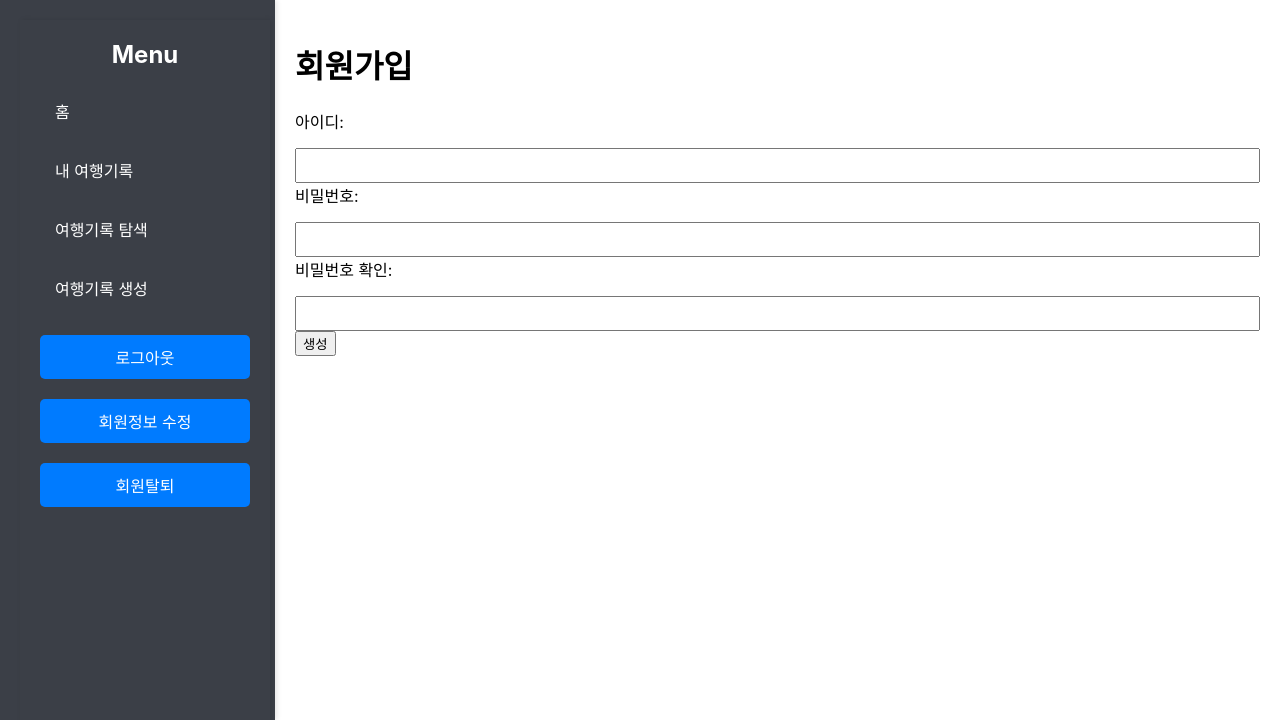
Repository: gimm5550/frontend2
Page: /register
These files come from the project's save history. The page is drawn as it stood at one moment and after the next save; the edit follows.
The browser window is 1280 px wide. The pictures show the whole page.
The project was rebuilt for these pictures with package versions that can differ from the ones it lists, and the page was loaded fresh each time. Also part of the build but not shown: src/url.js, src/components/common/KakaoLoginButton.js, src/components/FromServer.js, src/components/common/Footer.js, src/components/common/Header.js, src/components/layout/LandingPageLayout.js, src/components/LoginForm.js, src/components/layout/LoginFormLayout.js and 22 more.

Above is the page before, as saved 2024-11-20 17:38:21.

### public/index.html
<!DOCTYPE html>
<html lang="en">
  <head>
    <meta charset="utf-8" />
    <link rel="icon" href="%PUBLIC_URL%/favicon.ico" />
    <meta name="viewport" content="width=device-width, initial-scale=1" />
    <meta name="theme-color" content="#000000" />
    <meta
      name="description"
      content="Web site created using create-react-app"
    />
    <link rel="apple-touch-icon" href="%PUBLIC_URL%/logo192.png" />
    <!--
      manifest.json provides metadata used when your web app is installed on a
      user's mobile device or desktop. See https://developers.google.com/web/fundamentals/web-app-manifest/
    -->
    <link rel="manifest" href="%PUBLIC_URL%/manifest.json" />
    <!--
      Notice the use of %PUBLIC_URL% in the tags above.
      It will be replaced with the URL of the `public` folder during the build.
      Only files inside the `public` folder can be referenced from the HTML.

      Unlike "/favicon.ico" or "favicon.ico", "%PUBLIC_URL%/favicon.ico" will
      work correctly both with client-side routing and a non-root public URL.
      Learn how to configure a non-root public URL by running `npm run build`.
    -->
    <title>React App</title>
    <script src="https://developers.kakao.com/sdk/js/kakao.min.js"></script> <!-- 카카오 SDK 추가 -->
  </head>
  <body>
    <noscript>You need to enable JavaScript to run this app.</noscript>
    <div id="root"></div>
    <!--
      This HTML file is a template.
      If you open it directly in the browser, you will see an empty page.

      You can add webfonts, meta tags, or analytics to this file.
      The build step will place the bundled scripts into the <body> tag.

      To begin the development, run `npm start` or `yarn start`.
      To create a production bundle, use `npm run build` or `yarn build`.
    -->
  </body>
</html>

### src/index.js
import React from 'react';
import ReactDOM from 'react-dom/client';
import './index.css';
import App from './App';
import reportWebVitals from './reportWebVitals';
import { BrowserRouter } from 'react-router-dom';
// 카카오 SDK 초기화
if (window.Kakao) {
  window.Kakao.init("629a046bf0fa611328bd69bc1571aa3a"); // 카카오 JavaScript 키로 SDK 초기화
  console.log("Kakao SDK initialized:", window.Kakao.isInitialized());
}
const root = ReactDOM.createRoot(document.getElementById('root'));
root.render(
  <React.StrictMode>
    <BrowserRouter>
      <App />
    </BrowserRouter>
  </React.StrictMode>
);

// If you want to start measuring performance in your app, pass a function
// to log results (for example: reportWebVitals(console.log))
// or send to an analytics endpoint. Learn more: https://bit.ly/CRA-vitals
reportWebVitals();

### src/App.js
import React from 'react';
import './App.css';
import { Route, Routes, useLocation } from 'react-router-dom';
import LandingPageLayout from './components/layout/LandingPageLayout';
import routes from './routes';
import { AuthProvider } from './AuthContext'; // AuthProvider import
import MenuBar from "./components/common/MenuBar";

function App() {
  const location = useLocation(); // React Router의 useLocation 훅 사용

  const getRoutes = (allRoutes) =>
    allRoutes.map((route) => {
      if (route.route) {
        return (
          <Route
            exact
            path={route.route}
            element={route.component}
            key={route.key}
          />
        );
      }
      return null;
    });
  // 로그인 페이지 여부 확인
  const isLoginPage = location.pathname === '/login';

  return (
    <div className="App">
      <AuthProvider>
        {/* Flexbox 컨테이너 */}
        <div className="layout">
          <div class="menu-bar" style={{
    display: isLoginPage ? 'none' : 'block', // 로그인 페이지에서는 완전히 숨김
    width: isLoginPage ? '0' : '275px',
  }}>
            <MenuBar></MenuBar>
          </div>
          {/* 오른쪽 본문 */}
          <div className="main-content1">
            <Routes>
              {getRoutes(routes)}
              <Route path="*" element={<LandingPageLayout />} />
            </Routes>
          </div>
        </div>
      </AuthProvider>
    </div>
  );
}

export default App;

### src/App.css
/* 전체 Flexbox 레이아웃 */
.layout {
  display: flex; /* 메뉴바와 본문을 가로로 배치 */
  height: 100vh; /* 전체 화면 높이 */
  margin: 0;
  padding: 0;
  overflow: hidden; /* 스크롤바 숨김 */
}

/* 메뉴바 스타일 */
.menu-bar {
  flex-shrink: 0; /* 고정된 크기 유지 */
  width: 250px; /* 메뉴바 너비 */
  height: 100vh; /* 메뉴바 높이를 화면 전체에 맞춤 */
  background-color: #3b3f47; /* 메뉴바 배경색 */
  box-shadow: 2px 0 5px rgba(0, 0, 0, 0.1); /* 그림자 효과 */
  overflow: hidden; /* 스크롤바 완전히 제거 */
  box-sizing: border-box; /* 패딩 포함 크기 계산 */
  position: relative; /* Flexbox 레이아웃 안에서 위치 고정 */
  z-index: 10; /* 다른 요소 위에 배치 */
  color: #ffffff; /* 메뉴바 텍스트 색상 */
  display: flex;
  flex-direction: column; /* 항목을 세로로 정렬 */
  align-items: center; /* 항목을 왼쪽 정렬 */
  padding: 20px; /* 내부 여백 */
}

/* 메뉴 제목 스타일 */
.menu-bar h3 {
  margin: 0;
  padding: 0;
  font-size: 1.5rem;
  font-weight: bold;
  color: #ffffff; /* 제목 텍스트 색상 */
  margin-bottom: 20px; /* 아래 여백 추가 */
}

/* 메뉴 아이템 리스트 */
.menu-bar ul {
  list-style: none; /* 기본 리스트 스타일 제거 */
  padding: 0;
  margin: 0;
  width: 100%; /* 메뉴 리스트가 메뉴바의 전체 너비를 사용 */
}

/* 메뉴 아이템 스타일 */
.menu-bar ul li {
  margin-bottom: 15px; /* 각 메뉴 항목 간격 */
}

.menu-bar ul li a {
  text-decoration: none; /* 링크 밑줄 제거 */
  color: #ffffff; /* 링크 텍스트 색상 */
  font-size: 1rem;
  padding: 10px 15px; /* 링크 내부 여백 */
  border-radius: 5px; /* 링크 모서리를 둥글게 */
  display: block; /* 블록 요소로 설정 */
  transition: background-color 0.3s ease; /* 배경색 전환 효과 */
}

.menu-bar ul li a:hover {
  background-color: #5c5f67; /* 호버 시 배경색 변경 */
  color: #ffffff; /* 호버 시 텍스트 색상 유지 */
}

/* 메뉴바 버튼 스타일 */
.menu-bar button {
  width: 100%; /* 버튼이 메뉴바의 전체 너비를 사용 */
  margin: 10px 0; /* 버튼 간격 */
  padding: 10px 15px; /* 버튼 내부 여백 */
  font-size: 1rem;
  color: #ffffff; /* 버튼 텍스트 색상 */
  background-color: #007bff; /* 기본 배경색 (파란색) */
  border: none; /* 테두리 제거 */
  border-radius: 5px; /* 모서리를 둥글게 */
  cursor: pointer; /* 마우스 포인터 변경 */
  transition: background-color 0.3s ease; /* 배경색 전환 효과 */
}

.menu-bar button:hover {
  background-color: #0056b3; /* 호버 시 배경색 어둡게 */
}

/* 본문 영역 스타일 */
.main-content1 {
  flex: 1; /* 남은 공간을 유동적으로 채움 */
  overflow-y: auto; /* 세로 스크롤 허용 */
  padding: 20px; /* 내부 여백 */
  background-color: #ffffff; /* 본문 배경색 */
  box-sizing: border-box; /* 패딩 포함 크기 계산 */
}

/* 여백 제거 */
body, html {
  margin: 0;
  padding: 0;
  width: 100%;
  height: 100%;
}
.comments-section {
  margin: 20px auto;
  max-width: 10000px;
  padding: 20px;
  background-color: #f9f9f9;
  border-radius: 10px;
  box-shadow: 0 4px 10px rgba(0, 0, 0, 0.1);
}

.comments-title {
  font-size: 1.5rem;
  margin-bottom: 10px;
  color: #333;
}

.comments-list {
  list-style: none;
  padding: 0;
  margin: 0;
}

.comment-item {
  margin-bottom: 15px;
  padding: 10px;
  background: #fff;
  border-radius: 8px;
  box-shadow: 0 2px 5px rgba(0, 0, 0, 0.1);
}

.comment-header {
  display: flex;
  justify-content: space-between;
  margin-bottom: 5px;
  font-size: 0.9rem;
  color: #555;
}

.comment-author {
  font-weight: bold;
}

.comment-timestamp {
  font-size: 0.8rem;
  color: #999;
}

.comment-content {
  font-size: 1rem;
  color: #333;
  margin: 0;
}

.comment-form {
  display: flex;
  flex-direction: column;
  gap: 10px;
  margin-top: 20px;
}

.comment-input,
.comment-textarea {
  width: 100%;
  padding: 10px;
  border: 1px solid #ccc;
  border-radius: 5px;
  font-size: 1rem;
  background: #fff;
}

.comment-input:focus,
.comment-textarea:focus {
  outline: none;
  border-color: #007bff;
}

.comment-submit-button {
  align-self: flex-end;
  padding: 10px 20px;
  background-color: #007bff;
  color: white;
  border: none;
  border-radius: 5px;
  cursor: pointer;
  font-size: 1rem;
  transition: background-color 0.3s ease;
}

.comment-submit-button:hover {
  background-color: #0056b3;
}
.map-container {
  display: flex;
  width: 100%;
  height: 100vh; /* 화면 전체 높이 */
}

.google_map {
  flex: 1; /* 지도는 가변적으로 남은 공간을 차지 */
  height: 100%;
}

.place_info {
  width: 300px; /* 고정된 너비 */
  background-color: #f9f9f9;
  display: flex;
  justify-content: center;
  align-items: center;
  border-left: 1px solid #ccc; /* 지도와 구분선을 추가 */
  padding: 20px;
  box-sizing: border-box;
}

### src/routes.js
import LoginFormLayout from "./components/layout/LoginFormLayout";
import UserDetailLayout from "./components/layout/UserDetailLayout";
import RegisterFormLayout from "./components/layout/RegisterFormLayout";
import MainListLayout from "./components/layout/MainListLayout"; // community_detail
import CommunityDetailLauout from "./components/layout/community_detailLayout";
import NewCommunityLayout from "./components/layout/NewCommunityLayout";
import CommunityViewLayout from "./components/layout/CommunityViewLayout"; // AdminClient
import AdminClientLayout from "./components/layout/AdminClientLayout";
import EditFormLayout from "./components/layout/EditFormLayout";
import GoogleMapLayout from "./components/layout/GoogleMapLayout"; // MyTravelLayout
import MyTravelLayout from "./components/layout/MyTravelLayout";
import MyTravelLayout_BypolylineId from "./components/layout/MyTravelLayout_BypolylineId";
import TravelLayout from "./components/layout/TravelLayout";
const routes = [
    {
        name:"UserDetail",
        key:"userDetail",
        route:"/user-detail/:userId",
        component:<UserDetailLayout></UserDetailLayout>
    },
    {
        name:"LoginForm",
        key:"loginForm",
        route:"/login",
        component:<LoginFormLayout></LoginFormLayout>
    },
    {
        name:"RegisterForm",
        key:"RegisterForm",
        route:"/register",
        component:<RegisterFormLayout></RegisterFormLayout>
    },
    {
        name:"MainList",
        key:"MainList",
        route:"/mainlist",
        component:<MainListLayout></MainListLayout>
    },
    {
        name:"community_detail",
        key:"community_detail",
        route:"/community_detail",
        component:<CommunityDetailLauout></CommunityDetailLauout>
    },
    {
        name:"new_community",
        key:"new_community",
        route:"/new_community",
        component:<NewCommunityLayout></NewCommunityLayout>
    },
    {
        name:"CommunityView",
        key:"CommunityView",
        route:"/CommunityView",
        component:<CommunityViewLayout></CommunityViewLayout>
    },
    {
        name: "CommunityView",
        key: "communityView",
        route: "/CommunityView/:id", // ID를 URL 매개변수로 받도록 수정
        component: <CommunityViewLayout></CommunityViewLayout>
    },
    {
        name: "AdminClient",
        key: "AdminClient",
        route: "/AdminClient/:id", // ID를 URL 매개변수로 받도록 수정
        component: <AdminClientLayout></AdminClientLayout>
    },
    {
        name: "community_detail",
        key: "community_detail",
        route: '/community_detail/:id', // ID를 URL 매개변수로 받도록 수정
        component: <CommunityDetailLauout></CommunityDetailLauout>
    },
    {
        name: "new_community",
        key: "new_community",
        route: '/new_community/:id', // ID를 URL 매개변수로 받도록 수정 `/CommunityView/${id}/${communityId}`
        component: <NewCommunityLayout></NewCommunityLayout>
    },
    {
        name: "new_community",
        key: "new_community",
        route: '/CommunityView/:id/:communityId',
        component: <CommunityViewLayout></CommunityViewLayout>
    },
    {
        name:"EditForm",
        key:"EditForm",
        route:"/edit_info",
        component:<EditFormLayout></EditFormLayout>
    },
    {
        name:"GoogleMap",
        route: "/GoogleMap",
        component: <GoogleMapLayout />, // GoogleMapLayout 컴포넌트 연결
        key: "google-map",
    },
    {
        name:"MyTravel",
        route: "/MyTravel",
        component: <MyTravelLayout />, // GoogleMapLayout 컴포넌트 연결
        key: "MyTravel",
    },
    {
        name:"MyTravel_BypolylineId",
        route: "/MyTravel/:polylineId",
        component: <MyTravelLayout_BypolylineId />, // GoogleMapLayout 컴포넌트 연결
        key: "MyTravel_BypolylineId",
    },
    {
        name:"Travel",
        route: "/Travel",
        component: <TravelLayout />, // GoogleMapLayout 컴포넌트 연결
        key: "Travel",
    },
]
export default routes;

### src/AuthContext.js
import React, { createContext, useContext, useState } from 'react';

const AuthContext = createContext();

export const AuthProvider = ({ children }) => {
    const [user, setUser] = useState(null); // 로그인한 사용자 정보를 저장할 상태

    const login = (userData) => {
        setUser(userData); // 로그인 시 사용자 정보 저장
    };

    const logout = () => {
        setUser(null); // 로그아웃 시 사용자 정보 초기화
    };

    return (
        <AuthContext.Provider value={{ user, login, logout }}>
            {children}
        </AuthContext.Provider>
    );
};

// 사용자 정보를 가져오는 커스텀 훅
export const useAuth = () => {
    return useContext(AuthContext);
};

### src/components/common/MenuBar.js
import React, { useState, useEffect } from "react";
import { Link } from "react-router-dom";
import "../../App.css";
import { useNavigate } from "react-router-dom";
import api from "../../api";

const MenuBar = () => {
  const [isMenuOpen, setIsMenuOpen] = useState(true);
  const [user, setUser] = useState(null);
  const navigate = useNavigate();

  const handleLogout = () => {
    console.log("로그아웃 처리");
    localStorage.removeItem("user");
    navigate("/login");
  };

  useEffect(() => {
    const userData = JSON.parse(localStorage.getItem("user"));
    setUser(userData);
  }, []);

  const handleEditProfile = () => {
    console.log("회원정보 수정 페이지로 이동");
    navigate("/edit_info");
  };

  const handleDelete = () => {
    if (window.confirm("정말로 회원탈퇴를 하시겠습니까?")) {
      console.log("회원탈퇴 진행 중...");
      api
        .deleteUser(user.id)
        .then((response) => {
          console.log("회원탈퇴 성공:", response.data);
          alert("회원탈퇴가 완료되었습니다.");
          localStorage.removeItem("user");
          navigate("/login");
        })
        .catch((error) => {
          console.error("회원탈퇴 실패:", error);
          alert("회원탈퇴 처리 중 오류가 발생했습니다.");
        });
    }
  };

  return (
    <>
      {isMenuOpen && (
        <div className="menu-bar">
          <h3 className="menu-title">Menu</h3>
          <ul className="menu-list">
            <li className="menu-item">
              <Link to="/mainlist">홈</Link>
            </li>
            <li className="menu-item">
              <Link to="/MyTravel">내 여행기록</Link>
            </li>
            <li className="menu-item">
              <Link to="/Travel">여행기록 탐색</Link>
            </li>
            <li className="menu-item">
              <Link to="/GoogleMap">여행기록 생성</Link>
            </li>
          </ul>
          <button onClick={handleLogout}>로그아웃</button>
          <button onClick={handleEditProfile}>회원정보 수정</button>
          <button onClick={handleDelete}>회원탈퇴</button>
        </div>
      )}
    </>
  );
};

export default MenuBar;

### src/components/layout/CommonLayout.js
import Footer from "../common/Footer";
import Header from "../common/Header";
import MenuBar from "../common/MenuBar"; // MenuBar 컴포넌트 추가
// <MenuBar />
export default function CommonLayout({ children }) {
  return (
    <div className="common-layout">
      <div className="main-content2">
        {children}
      </div>
    </div>
  );
}

### src/components/layout/RegisterFormLayout.js
import RegisterForm from "../RegisterForm";
import CommonLayout from "./CommonLayout";

export default function RegisterFormLayout(){
    return<div>
            <CommonLayout>
                <RegisterForm></RegisterForm>
            </CommonLayout>
        </div>

}

### src/components/RegisterForm.js
import React, { useState } from "react";
import { useParams, useNavigate } from "react-router-dom";
import api from '../api'; // API 호출을 위한 모듈
import AsyncStorage from "@react-native-async-storage/async-storage";

export default function RegisterForm() {
    const [username, setUsername] = useState("");
    const [password, setPassword] = useState("");
    const [confirmPassword, setConfirmPassword] = useState("");
    const navigate = useNavigate();

    const handleRegister = async () => {
        // 비밀번호 확인
        if (password !== confirmPassword) {
            alert("비밀번호가 일치하지 않습니다."); // 비밀번호 불일치 알림
            return;
        }

        try {
            // AsyncStorage에 아이디와 비밀번호 저장
            await AsyncStorage.setItem('username', username);
            await AsyncStorage.setItem('password', password);

            // API 호출하여 사용자 등록
            const response = await api.register(username, password);
            const { code, message, data } = response.data;

            if (code === 0) {
                alert("회원가입이 완료되었습니다."); // 회원가입 성공 알림
                navigate('/login'); // 로그인 페이지로 이동
            } else {
                alert("회원가입 중 오류가 발생했습니다: " + message); // 오류 알림
            }
        } catch (error) {
            console.error("회원가입 중 오류 발생:", error);
            alert("회원가입에 실패했습니다."); // 오류 발생 알림
        }
    };

    return (
        <div>
            <h1>회원가입</h1>
            <div>
                <label htmlFor="username">아이디:</label>
                <input
                    type="text"
                    id="username"
                    value={username}
                    onChange={(e) => setUsername(e.target.value)}
                />
            </div>
            <div>
                <label htmlFor="password">비밀번호:</label>
                <input
                    type="password"
                    id="password"
                    value={password}
                    onChange={(e) => setPassword(e.target.value)}
                />
            </div>
            <div>
                <label htmlFor="confirmPassword">비밀번호 확인:</label>
                <input
                    type="password"
                    id="confirmPassword"
                    value={confirmPassword}
                    onChange={(e) => setConfirmPassword(e.target.value)}
                />
            </div>
            <button onClick={handleRegister}>생성</button>
        </div>
    );
}

### src/MainList.css
table {
    width: 100%;
    border-collapse: collapse; /* 경계선 겹치지 않도록 설정 */
}

th, td {
    border: 1px solid #ccc; /* 테두리 색상 */
    padding: 10px; /* 여백 */
    text-align: left; /* 왼쪽 정렬 */
}

th {
    background-color: #f4f4f4; /* 헤더 배경색 */
}

tr:hover {
    background-color: #f1f1f1; /* 마우스 오버 시 배경색 */
}
.popup-overlay {
    position: fixed;
    top: 0;
    left: 0;
    right: 0;
    bottom: 0;
    background: rgba(0, 0, 0, 0.5); /* 반투명 배경 */
    display: flex;
    justify-content: center;
    align-items: center;
    z-index: 1000; /* 다른 요소들 위에 위치하게 */
}

.popup {
    background: white;
    padding: 20px;
    border-radius: 5px;
    box-shadow: 0 2px 10px rgba(0, 0, 0, 0.1);
}

label {
    display: block;
    margin-bottom: 10px;
}

input {
    width: 100%;
    padding: 8px;
    margin-top: 5px;
    box-sizing: border-box; /* padding 포함해서 사이즈 조정 */
}
/* MainList.css */

/* 전체 컨테이너 스타일 */
.community-view {
    max-width: 800px; /* 최대 너비 */
    margin: 20px auto; /* 중앙 정렬 */
    padding: 20px; /* 안쪽 여백 */
    border: 1px solid #e0e0e0; /* 테두리 */
    border-radius: 8px; /* 모서리 둥글게 */
    background-color: #ffffff; /* 배경색 */
    box-shadow: 0 2px 10px rgba(0, 0, 0, 0.1); /* 그림자 */
}

/* 제목 스타일 */
.community-view h1 {
    font-size: 2rem; /* 큰 제목 크기 */
    color: #333; /* 제목 색상 */
    margin-bottom: 15px; /* 아래 여백 */
}

/* 부제목 스타일 */
.community-view h2 {
    font-size: 1.5rem; /* 부제목 크기 */
    color: #555; /* 부제목 색상 */
    margin: 10px 0; /* 위아래 여백 */
}

/* 본문 스타일 */
.community-view p {
    font-size: 1rem; /* 본문 크기 */
    color: #666; /* 본문 색상 */
    line-height: 1.5; /* 줄 간격 */
    margin-bottom: 20px; /* 아래 여백 */
}

/* 댓글 목록 스타일 */
.community-view ul {
    list-style-type: none; /* 기본 목록 스타일 제거 */
    padding: 0; /* 기본 여백 제거 */
}

.community-view li {
    background-color: #f9f9f9; /* 댓글 배경 색상 */
    border: 1px solid #e0e0e0; /* 댓글 테두리 */
    border-radius: 5px; /* 댓글 모서리 둥글게 */
    padding: 10px; /* 댓글 안쪽 여백 */
    margin-bottom: 10px; /* 댓글 사이 여백 */
}

/* 댓글 작성 입력창 스타일 */
.community-view input[type="text"] {
    width: 100%; /* 너비 100% */
    padding: 10px; /* 안쪽 여백 */
    border: 1px solid #ccc; /* 테두리 */
    border-radius: 5px; /* 모서리 둥글게 */
    margin-bottom: 10px; /* 아래 여백 */
}

/* 댓글 추가 버튼 스타일 */
.community-view button {
    padding: 10px 15px; /* 안쪽 여백 */
    background-color: #4CAF50; /* 버튼 배경 색상 */
    color: white; /* 글자 색상 */
    border: none; /* 테두리 없음 */
    border-radius: 5px; /* 모서리 둥글게 */
    cursor: pointer; /* 마우스 커서 */
    transition: background-color 0.3s; /* 배경 색상 변화 효과 */
}

.community-view button:hover {
    background-color: #45a049; /* 호버 시 색상 변화 */
}

/* 오류 메시지 스타일 */
.error-message {
    color: red; /* 오류 메시지 색상 */
    font-weight: bold; /* 굵게 */
    margin-bottom: 15px; /* 아래 여백 */
}

/* MainList.css */

/* 전체 컨테이너 스타일 */
.admin-client-container {
    display: flex;
    justify-content: space-between;
    padding: 20px;
}

/* 각 목록 박스 스타일 */
.client-box {
    flex: 1;
    margin: 0 10px; /* 좌우 여백 */
    border: 1px solid #ccc;
    border-radius: 8px;
    padding: 15px;
    background-color: #f9f9f9; /* 연한 배경색 */
    box-shadow: 0 2px 4px rgba(0, 0, 0, 0.1); /* 그림자 효과 */
}

/* 제목 스타일 */
.client-box h2 {
    text-align: center;
    color: #333; /* 제목 색상 */
}

/* 목록 아이템 스타일 */
.client-item {
    display: flex;
    justify-content: space-between;
    align-items: center;
    padding: 8px 0; /* 위아래 여백 */
    border-bottom: 1px solid #eee; /* 구분선 */
}

/* 마지막 아이템 구분선 제거 */
.client-item:last-child {
    border-bottom: none;
}

/* 버튼 스타일 */
.client-item button {
    background-color: #007bff; /* 버튼 색상 */
    color: white;
    border: none;
    border-radius: 5px;
    padding: 5px 10px;
    cursor: pointer;
    transition: background-color 0.3s; /* 색상 변화 효과 */
}

.client-item button:hover {
    background-color: #0056b3; /* 호버 시 색상 변화 */
}

/* 오류 메시지 스타일 */
.error-message {
    color: red; /* 오류 메시지 색상 */
    text-align: center; /* 가운데 정렬 */
    margin-bottom: 10px; /* 아래쪽 여백 */
}

Loaded but not shown: src/index.css (common file); src/reportWebVitals.js (common file); src/api.js (245 lines, source omitted)

After the next save:
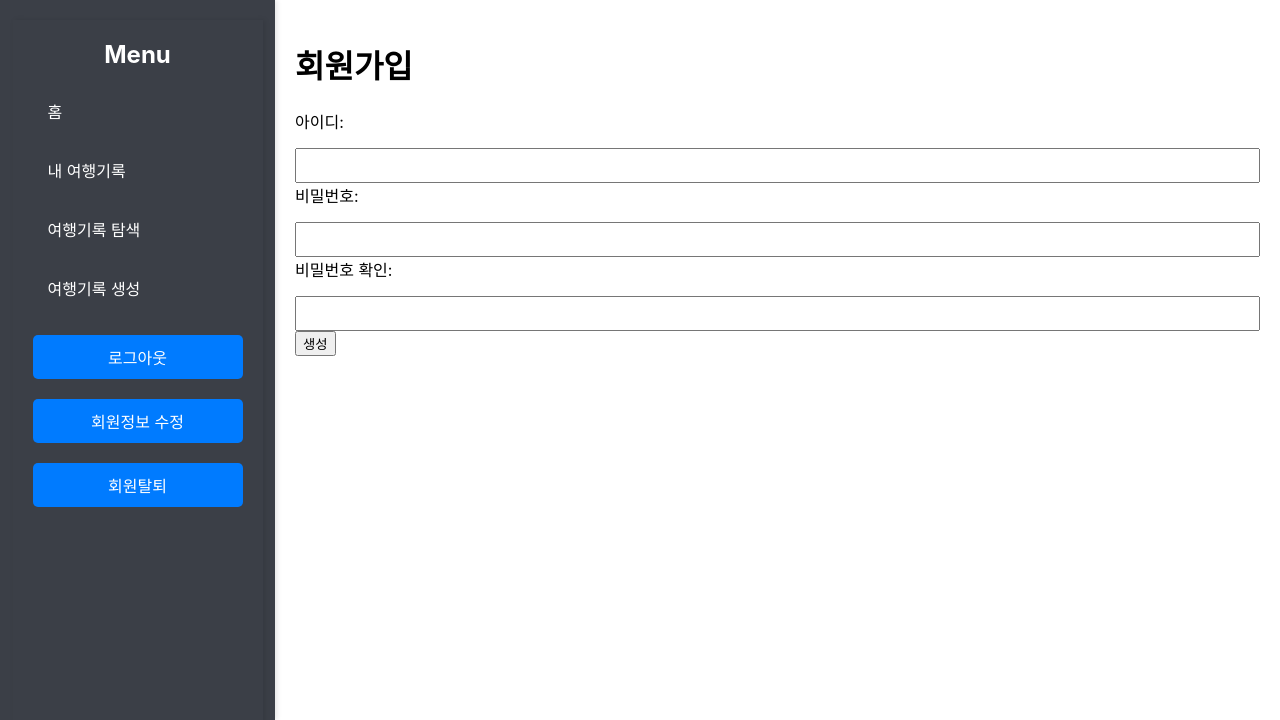
Saved 16 h 3 min later.
--- a/src/App.js
+++ b/src/App.js
@@ -23,6 +23,7 @@ function App() {
       }
       return null;
     });
+
   // 로그인 페이지 여부 확인
   const isLoginPage = location.pathname === '/login';
 
@@ -31,12 +32,12 @@ function App() {
       <AuthProvider>
         {/* Flexbox 컨테이너 */}
         <div className="layout">
-          <div class="menu-bar" style={{
-    display: isLoginPage ? 'none' : 'block', // 로그인 페이지에서는 완전히 숨김
-    width: isLoginPage ? '0' : '275px',
-  }}>
-            <MenuBar></MenuBar>
-          </div>
+          {/* 메뉴바 */}
+          {!isLoginPage && ( // 로그인 페이지에서는 완전히 숨김
+            <div className="menu-bar" style={{ width: '275px' }}>
+              <MenuBar />
+            </div>
+          )}
           {/* 오른쪽 본문 */}
           <div className="main-content1">
             <Routes>
